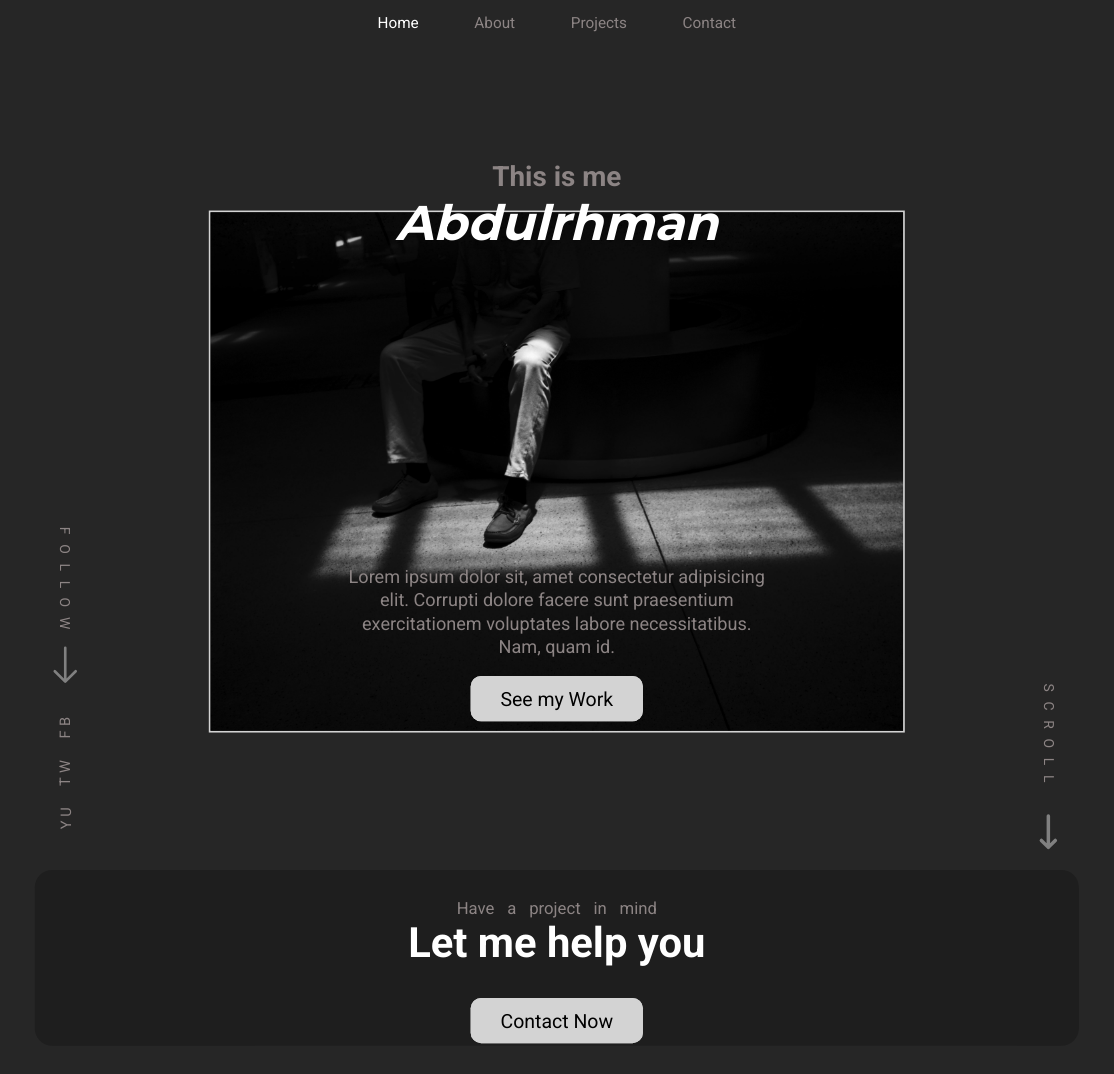
Repository: Abdoulrhman-altyeb/React-Typescript
Page: /
An editor plug-in stored every save of this project. The page is shown before and after the next save, followed by the edit.
The browser window is 1280 px wide. The pictures show the whole page, at 87% of full size.
The project was rebuilt for these pictures with package versions that can differ from the ones it lists, and the page was loaded fresh each time. Also part of the build but not shown: src/Pages/Contact.tsx, src/Pages/About.tsx, src/Pages/Projects.tsx.

Above is the page before, as saved 2021-05-18 16:00:04.

### public/index.html
<!DOCTYPE html>
<html lang="en">

<head>
  <meta charset="utf-8" />
  <meta name="viewport" content="width=device-width, initial-scale=1" />
  <meta name="theme-color" content="#000000" />
  <meta name="description" content="IT Guys Community" />
  <link rel="preconnect" href="https://fonts.gstatic.com">
  <link href="https://fonts.googleapis.com/css2?family=Roboto:wght@300;400;500;700&display=swap" rel="stylesheet">
  <link rel="preconnect" href="https://fonts.gstatic.com">
<link href="https://fonts.googleapis.com/css2?family=Montserrat:wght@200;300;400;500;700&display=swap" rel="stylesheet">
  <title>App Lab</title>
</head>

<body>
  <noscript>You need to enable JavaScript to run this app.</noscript>
  <div id="root"></div>
</body>

</html>

### src/index.tsx
import ReactDOM from "react-dom";
import App from "./App";
import './assits/styles/style.css'

ReactDOM.render(<App/>,document.getElementById("root"));

### src/App.tsx
import React from "react";
import NavBar from './components/NavBar';
import { BrowserRouter as Router, Route, Switch } from 'react-router-dom'
import Home from "./Pages/Home";
import Contact from "./Pages/Contact";
import About from "./Pages/About";
import Projects from "./Pages/Projects";


const App: React.FC = () => {



  return (
    <>
      <Router>
        <NavBar />
        <Switch>
          <Route  path='/' exact>
            <Home />
          </Route>
          <Route path="/contact">
            <Contact />
          </Route>
          <Route path='/about'>
            <About />
          </Route>
          <Route path='/projects'>
              <Projects/>
          </Route>
        </Switch>
      </Router>
    </>
  )
}

export default App;

### src/assits/styles/style.css
* {
    padding:0;
    margin:0;
    box-sizing:border-box;
}

body {
    background:#262626;
    color:white;
    font-family: 'Roboto', sans-serif;
}
img,svg{
    width: 100%;
    height:100%;
    object-fit: cover;
}
.container {
    width:90%;
    max-width:1200px;
    margin: 0 auto;
}

.hero__img {
    height:600px;
}
ul {
    list-style: none;
}
p, h1, span {
    color:#8c8484
}
a {
    text-decoration: none;
    color:#8c8484;
    font-size:0.8rem;
}

### src/components/NavBar.tsx
import React,{useState} from 'react';
import styled from 'styled-components';
import { NavLink } from 'react-router-dom';
import { BiMenu, BiX } from 'react-icons/bi';


const NavBar: React.FC = () => {

    const [isActive, setIsActive] = useState<boolean>(false);

    return (
        <NavBarContainer>
            <div className="hamburgerMenu"
                onClick={() => setIsActive(!isActive)}
                role='button'
                tabIndex={0}
                onKeyDown={() => setIsActive(!isActive)}
            >
                <BiMenu/>
            </div>
            <ul className={isActive ? 'ListItems' : 'ListItems hide-items'}>
                <div className='closeMenu'
                    onClick={() => setIsActive(!isActive)}
                    role='button'
                    tabIndex={0}
                    onKeyDown={() => setIsActive(!isActive)}
                >
                    <BiX/>
                </div>
                <li>
                    <NavLink to='/' exact>
                     Home
                    </NavLink>
                </li>
                <li>
                    <NavLink to="/about">
                        About
                    </NavLink>
                </li>
                <li>
                    <NavLink to='projects'>
                        Projects
                    </NavLink>
                </li>
                <li>
                    <NavLink to='contact'>
                        Contact
                    </NavLink>
                </li>
            </ul>
        </NavBarContainer>
    )
}

const NavBarContainer = styled.nav`
    position: fixed;
    z-index:100;
    top:0;
    left:0;
    background-color:#262626;
    font-family: 'Roboto', sans-serif;
    width:100%;
    ul {
        width:90%;
        max-width:1200px;
        justify-content:center;
        text-align:center;
        margin:0 auto;
        border-radius:12px;
    }
    li {
        display:inline-block;
        cursor:pointer;
    }
    a {
        display:inline-block;
        padding:1rem 2rem;
        font-size:1.1rem;
        color:#8c8484;
        transition:0.3s ease color;
        /* &:hover {
            color:#726f6f;
        } */
    }
    .active {
        color:white;
    }

    .hamburgerMenu {
        font-size:2rem;
        position:absolute;
        top:1rem;
        right:1rem;
        color:white;
        display:none;
        * {
            pointer-events:none;
        }
    }
    .closeMenu{
        display:none;
    }
    @media only screen and (max-width:768px) {
        .hide-items{
            transform: translateY(calc(-100% - 1rem))
        }
        .hamburgerMenu{
            display:block;
        }
        .ListItems {
            width:80%;
            max-width:230px;
            position:absolute;
            top:1rem;
            right:1rem;
            background:#1E1E1E;
            padding:1rem;
            transition: 0.3s ease transform;

            .closeMenu {
                color:white;
                font-size:1.5rem;
                width:1rem;
                margin: 0 0 0 auto;
                cursor: pointer;
                display:block;
                *{
                    pointer-events:none;
                }
            }
        }
        li {
            display:block;
            margin-bottom:1rem;
        }
        a {
            /* padding:1rem; */
            padding:0.2rem;
            outline:none;
        }
    }
`;



export default NavBar;

### src/Pages/Home.tsx
import ContactButton from '../components/ContactButton'
import HeroSection from '../components/HeroSection'

const Home: React.FC = () => {
    return (
        <>
            <HeroSection />
            <ContactButton />
        </>
    )
}

export default Home;

### src/components/ContactButton.tsx
import React from 'react';
import Button from './Button';
import styled from 'styled-components';

const ContactButton: React.FC = () => {
    return (
        <STYLEDIV>
            <p>Have a project in mind</p>
            <h3>Let me help you</h3>
            <Button btnLink='/Contact' btnText='Contact Now' outline={false}/>
        </STYLEDIV>
    )
}

const STYLEDIV = styled.div`
    max-width:1200px;
    width:100%;
    background:#1E1E1E;
    margin:0 auto;
    border-radius: 20px;
    text-align:center;
    padding:1rem;
    margin-bottom:2rem;
    p{
        font-size:1.2rem;
        margin-top:1rem;
        word-spacing:10px;
    }
    h3{
        margin-bottom:1rem;
        font-size:3rem;
    }
`;

export default ContactButton;

### src/components/HeroSection.tsx
import React from 'react';
import hero from '../assits/images/hero.jpg';
import Button from './Button';
import PaText from './PaText';
import { BsArrowDown } from 'react-icons/bs';
import { HiOutlineArrowNarrowDown } from 'react-icons/hi';
import styled from 'styled-components';

const HeroSection: React.FC = () => {
    return (
        <STYLEDHERO>
            <div className="hero">
                <div className="container">
                    <h1 className="hero__header">
                        <span>This is me</span>
                        <span className='hero__name'>Abdulrhman</span>
                    </h1>
                    <div className="hero__img">
                        <img src={hero} alt="" />
                    </div>
                    <div className="hero__info">
                        <PaText>
                            <p>Lorem ipsum dolor sit, amet consectetur adipisicing elit. Corrupti dolore facere sunt praesentium exercitationem voluptates labore necessitatibus. Nam, quam id.</p>
                        </PaText>
                        <Button btnLink='/projects' btnText='See my Work' outline={false} />
                    </div>
                    <div className="hero__social">
                        <div className="hero__social__indcator">
                            <p>Follow</p>
                            <BsArrowDown className='icon'/>
                        </div>
                        <div className="hero__social__text">
                            <ul>
                                <li>
                                    <a href="https://facebook.com" rel='noreferrer'>FB</a>
                                </li>
                                <li>
                                    <a href="https://twitter.com" rel='noreferrer'>TW</a>
                                </li>
                                <li>
                                    <a href="https://youtube.com" rel='noreferrer'>YU</a>
                                </li>
                            </ul>
                        </div>
                    </div>
                    <div className="hero__scroll">
                        <p>Scroll</p>
                        <HiOutlineArrowNarrowDown className='icon'/>
                    </div>
                </div>
            </div>
        </STYLEDHERO>
    )
}


const STYLEDHERO = styled.div`
    .hero {
        display:flex;
        justify-content:center;
        align-items:center;
        position:relative;
        text-align:center;
        width:100%;
        min-height:1000px;
        height:100vh;
    }
    .hero__header {
        margin-bottom:-3rem;
        position:relative;
        font-size:2rem;
        span{
            display:inline-block;
            width:100%;
        }
        .hero__name{
            font-size:3.5rem;
            font-family: 'Montserrat', sans-serif;
            font-style:italic;
            color:white;
        }
    }
    .hero__img {
        border:2px solid lightgray;
        max-width:800px;
        width:100%;
        height:600px;
        margin:0 auto;
    }
    .hero__info {
        margin-top:-12rem;
    }
    .hero__social,
    .hero__scroll{
        display:flex;
        flex-direction:column;
        width:50px;
        position:absolute;
        bottom:20px;
        gap:2rem;
    }
    .hero__social{
        left:50px;
    }
    .hero__scroll{
        right:50px;
    }
    .icon {
        color:gray;
        min-height:45px;
        width:3rem;
        object-fit:content;
        align-self:center;
    }
    .hero__social{
        p{
            transform:rotate(90deg) translateX(-100px);
            letter-spacing:0.7rem;
            text-transform:uppercase
        }
    }
    .hero__scroll{
        p{
            transform:rotate(90deg) translateX(-80px);
            letter-spacing:0.7rem;
            text-transform:uppercase
        }
    }
    .hero__social__text{
        li {
            margin-bottom:1rem;
        }
        a{
            transform:rotate(-90deg);
            display:inline-block;
            font-size:1.05rem;
            letter-spacing:5px;
            margin-bottom:1rem;
        }
    }
    @media only screen and (max-width:768px) {
        .hero {
            min-height:750px;
        }
        .hero__header{
            margin-bottom:-2rem;
            font-size:1.4rem;
            .hero__name{
                font-size:3rem;
            }
        }
        .hero__img{
            height:300px;
        }
        .hero__info{
            margin-top:3rem;
        }
        .hero__social,
        .hero__scroll{
            width:25px;
            bottom:-30px;
            font-size:0.9rem;
            P{
                letter-spacing:0.5rem;
                transform:translateY(-20px) rotate(90deg)
            }
            a{
                letter-spacing:2px;
            }
        }
        .hero__social {
            gap:1rem;
            P{
                transform:translateY(-60px) rotate(90deg)
            }
        }
        .hero__social {
            left:0;
            bottom:-20%;
        }
        .hero__scroll{
            right:0;
        }
        .hero__social__text {
            a{
                margin-bottom:1rem;
                font-size:1rem;
            }
        }
        .icon{
            width:25px;
            min-height:80px;
            align-self:center;
        }
    }
`;
export default HeroSection;

### src/components/Button.tsx
import React from 'react';
import { Link } from 'react-router-dom';
import styled from 'styled-components'


const Button:React.FC<ButtonProps> = ({btnLink,btnText,outline}) => {
    return (
        <BTNSTYLE >
            <Link className='button' to={btnLink} >{btnText}</Link>
        </BTNSTYLE>
    )
}


const BTNSTYLE = styled.div`
    padding-top:2rem;
    .button{
        background:lightgray;
        padding:0.7rem 2rem;
        color:black;
        border-radius:12px;
        border:2px solid lightgray;
        cursor:pointer;
        font-size:1.4rem;
    }
    @media only screen and (max-width:768px) {
        .button{
            font-size:1.2rem;
        }
    }
`;

export default Button

### src/components/PaText.tsx
import styled from 'styled-components'

const PaText: React.FC = ({children}) => {

    return (
        <TextContainer>
            {children}
        </TextContainer>
    )
}

const TextContainer = styled.div`
    max-width:500px;
    margin:0 auto;
    line-height:1.3em;
    font-size:1.3rem;
    @media only screen and (max-width:768px) {
        font-size:1.1rem;
    }
`;

export default PaText

After the next save:
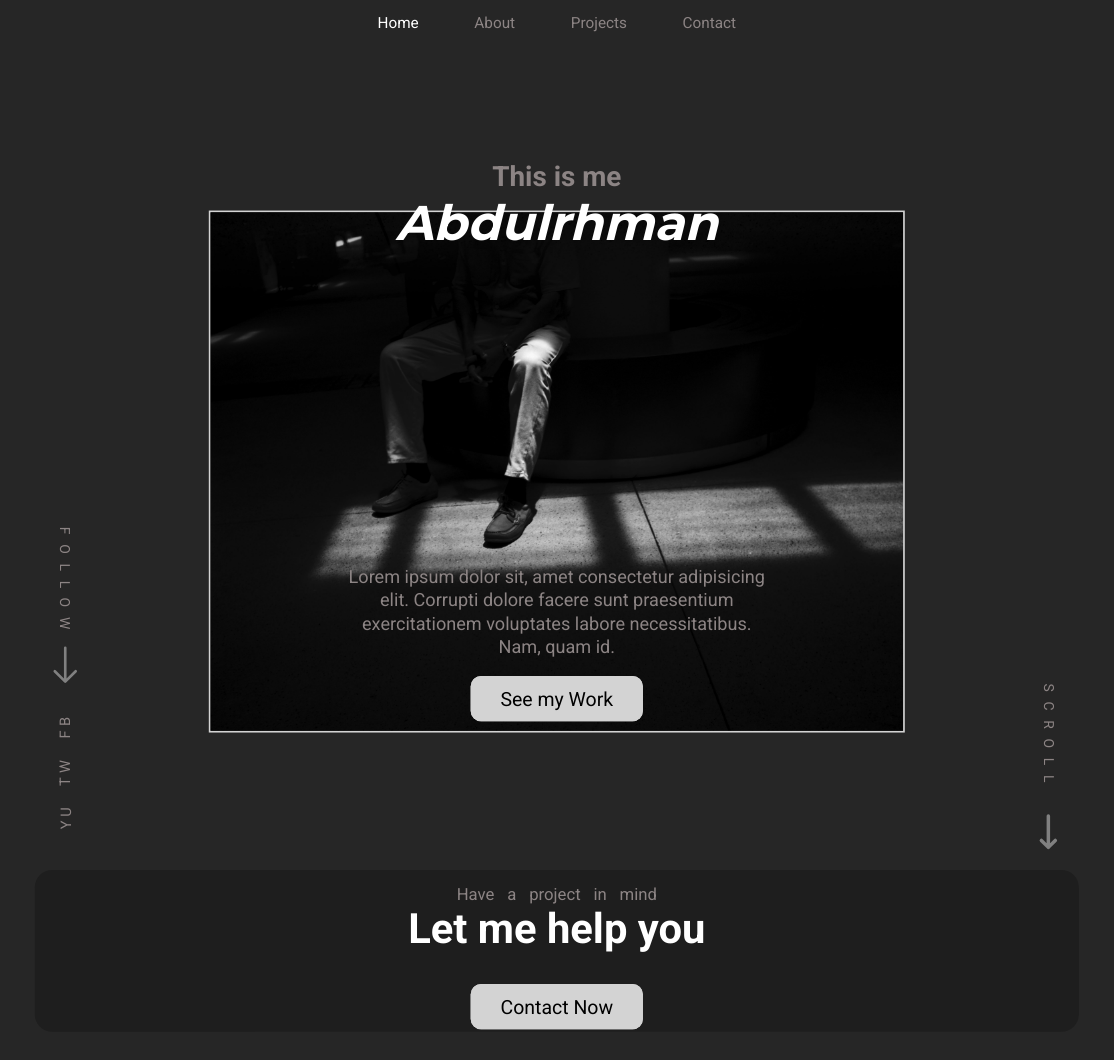
Saved 7 min 9 s later.
--- a/src/components/ContactButton.tsx
+++ b/src/components/ContactButton.tsx
@@ -19,11 +19,10 @@ const STYLEDIV = styled.div`
     margin:0 auto;
     border-radius: 20px;
     text-align:center;
-    padding:1rem;
+    padding:1rem 0;
     margin-bottom:2rem;
     p{
         font-size:1.2rem;
-        margin-top:1rem;
         word-spacing:10px;
     }
     h3{
